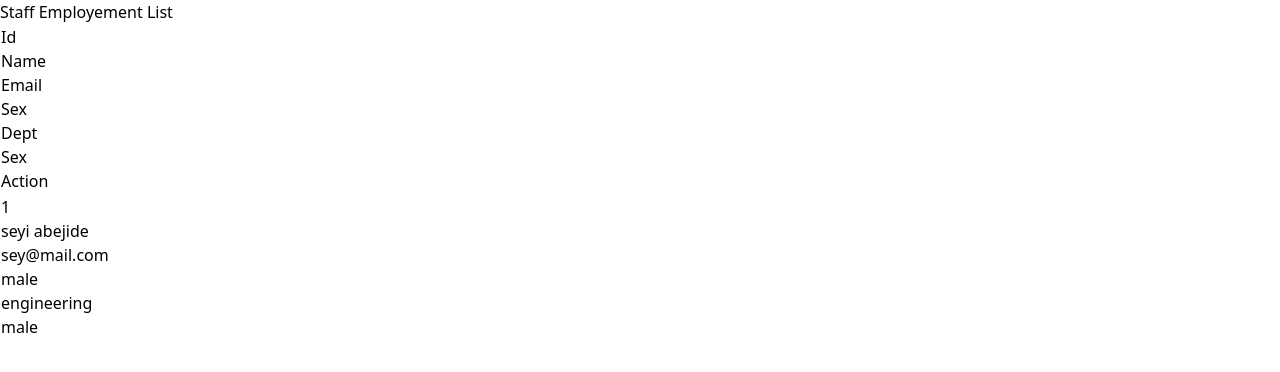
Repository: Semanmernstack/crud
Page: /
An editor plug-in stored every save of this project. The page is shown before and after the next save, followed by the edit.
The browser window is 1280 px wide. The pictures show the whole page.
The project was rebuilt for these pictures with package versions that can differ from the ones it lists, and the page was loaded fresh each time. Also part of the build but not shown: src/Details.js, src/Create.js, src/Edit.js.

Above is the page before, as saved 2022-12-23 02:27:05.

### src/App.js
import List from "./List";
import {
  BrowserRouter,
  Routes,
  Route,

} from "react-router-dom";
import Details from "./Details";
import Create from "./Create";
import Edit from "./Edit";



function App() {
  return (
    <div className="">
      <BrowserRouter>

      <Routes>
        <Route path="/" element={<List/>}> </Route>
        <Route path="/employee/create" element={<Create/>}> </Route>
        <Route path="/employee/details/:empid" element={<Details/>}> </Route>
        <Route path="/employee/edit/:empid" element={<Edit/>}> </Route>
      </Routes>
      </BrowserRouter>

    </div>
  );
}

export default App;

### src/List.js
import React from 'react'

function List() {
  return (
    <div>
        <div>
            <p>Staff Employement List</p>
        </div>
        <div>
        <td>
            <tr>Id</tr>
            <tr>Name</tr>
            <tr>Email</tr>
            <tr>Sex</tr>
            <tr>Dept</tr>
            <tr>Sex</tr>
            <tr>Action</tr>
        </td>
        </div>
        <div>
            <td>
                <tr>1</tr>
                <tr>seyi abejide</tr>
                <tr>sey@mail.com</tr>
                <tr>male</tr>
                <tr>engineering</tr>
                <tr>male</tr>
            </td>
        </div>

    </div>
  )
}

export default List

Loaded but not shown: public/index.html (common file); src/index.js (common file); src/index.css (common file); src/reportWebVitals.js (common file); tailwind.config.js (common file)

After the next save:
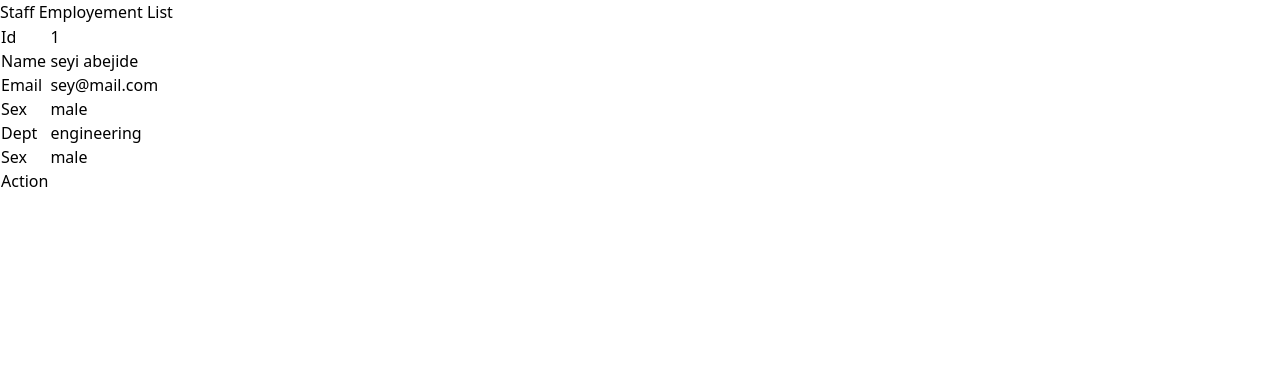
Saved 88 s later.
--- a/src/List.js
+++ b/src/List.js
@@ -7,17 +7,17 @@ function List() {
             <p>Staff Employement List</p>
         </div>
         <div>
-        <td>
-            <tr>Id</tr>
-            <tr>Name</tr>
-            <tr>Email</tr>
-            <tr>Sex</tr>
-            <tr>Dept</tr>
-            <tr>Sex</tr>
-            <tr>Action</tr>
-        </td>
-        </div>
-        <div>
+            <td>
+                <tr>Id</tr>
+                <tr>Name</tr>
+                <tr>Email</tr>
+                <tr>Sex</tr>
+                <tr>Dept</tr>
+                <tr>Sex</tr>
+                <tr>Action</tr>
+            </td>
+
+
             <td>
                 <tr>1</tr>
                 <tr>seyi abejide</tr>

After the 2 saves that followed:
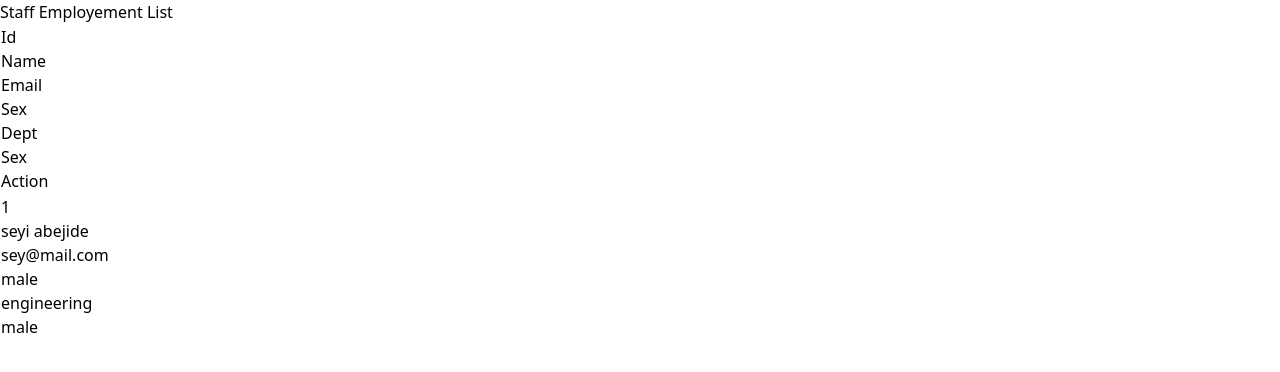
The 2 saves are shown as one change because 1 left the picture as it was.
The last was saved 33 s later.
--- a/src/List.js
+++ b/src/List.js
@@ -6,7 +6,7 @@ function List() {
         <div>
             <p>Staff Employement List</p>
         </div>
-        <div>
+        <div className='flex flex-col'>
             <td>
                 <tr>Id</tr>
                 <tr>Name</tr>
